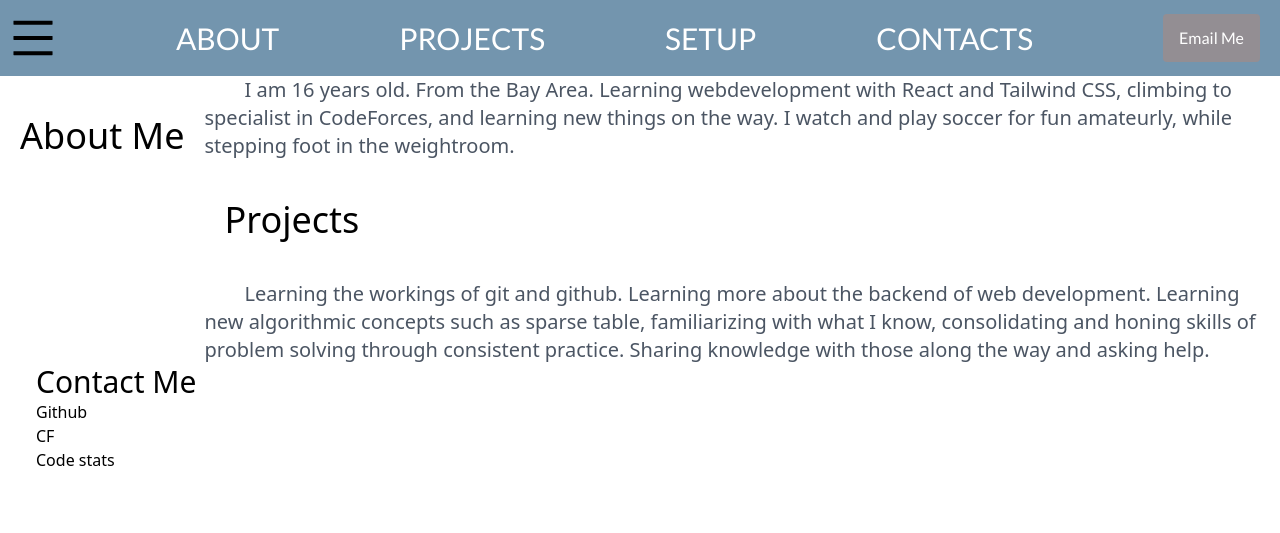
Repository: joshuayanggithub/joshua-yang-website
Page: /
The author's editor kept a copy of each file at every save. The page is drawn from the files as they stood at one save, then again after a run of saves.
The browser window is 1280 px wide. The pictures show the whole page.
The project was rebuilt for these pictures with package versions that can differ from the ones it lists, and the page was loaded fresh each time.

Above is the page before, as saved 2023-01-07 17:49:51.

After the next 2 saves:
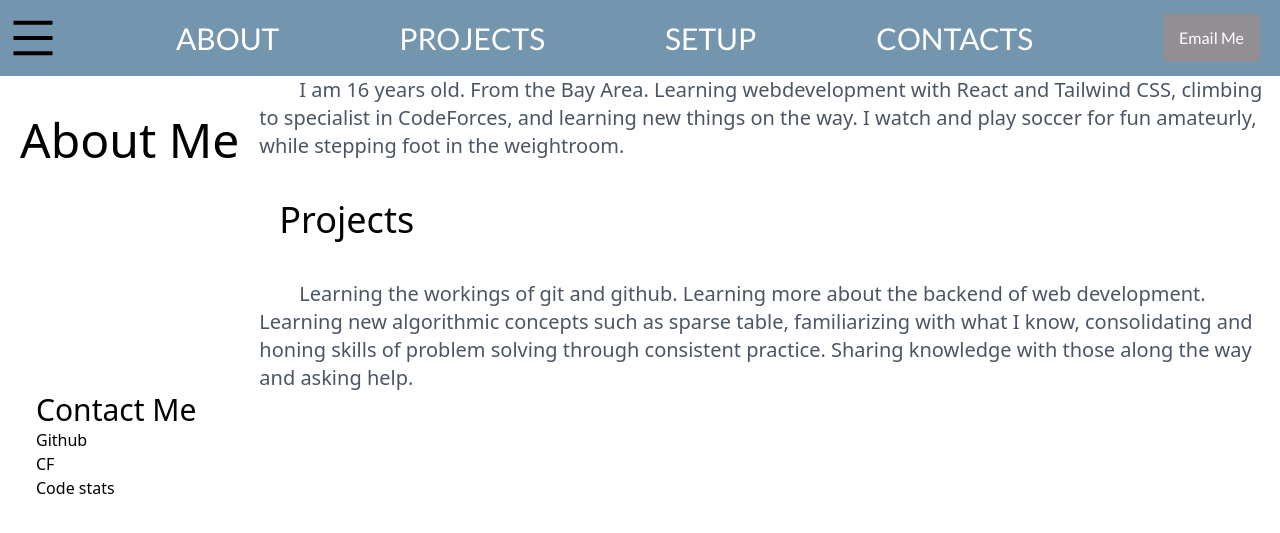
The 2 saves are shown as one change because they came seconds apart.
The last was saved 21 s later.
--- a/src/components/About.jsx
+++ b/src/components/About.jsx
@@ -2,8 +2,8 @@ import React from 'react'
 
 const About = () => {
   return (
-    <div class="text-5xl ">
-      <h1 class="text-black text-4xl float-left px-5 my-10">About Me</h1>
+    <div class="">
+      <h1 class="text-black text-5xl float-left px-5 my-10">About Me</h1>
       <p class="indent-10 text-gray-600 text-xl">I am 16 years old. From the Bay Area. Learning webdevelopment with React and Tailwind CSS, climbing to specialist in CodeForces, and learning new things on the way. I watch and play soccer for fun amateurly, while stepping foot in the weightroom. </p>
     </div>
   );
